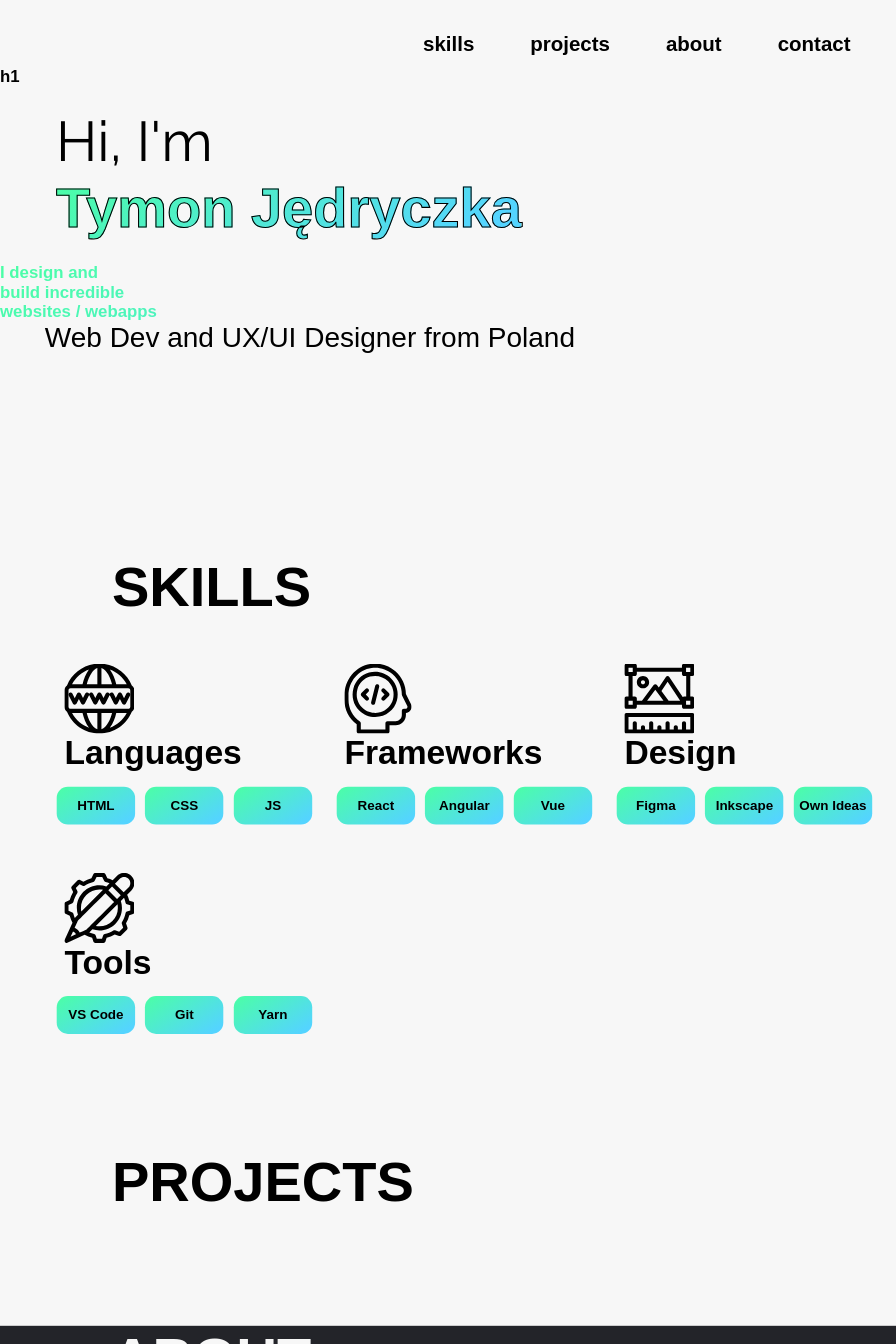
Repository: TeeJaysDev/Portfolio
Page: index.html
An editor plug-in stored every save of this project. The page is shown before and after a run of saves, followed by the edit.
The browser window is 1280 px wide. The pictures show the part of the page from y = 0 to 1920 px (the page is 2955 px tall before and 3141 px after), at 70% of full size.
Some web libraries are served in a nearby version.

Above is the page before, as saved 2021-05-04 14:21:28.

### index.html
<!DOCTYPE html>
<html lang="en">
<head>
    <meta charset="UTF-8">
    <meta http-equiv="X-UA-Compatible" content="IE=edge">
    <meta name="viewport" content="width=device-width, initial-scale=1.0">
    <meta name="description" content="Author: Tymon 'TeeJay' Jędryczka, Purpose: It's just a portfolio, Technologies: HTML, CSS">
    <link rel="stylesheet" href="style.css">
    <script src="https://kit.fontawesome.com/97735ba04a.js" crossorigin="anonymous"></script>
    <title>Tymon Jędryczka | Portfolio</title>
</head>
<body>
    <nav>
        <a href="#skills"><h3>skills</h3></a>
        <a href="#projects"><h3>projects</h3></a>
        <a href="#about"><h3>about</h3></a>
        <a href="#contact"><h3>contact</h3></a>
    </nav>
    <header>
        <h2 class="welcome_part_h1">
            h1
        </h2>
        <h1 class="welcome_part">
            Hi, I'm<br>
            <strong>Tymon Jędryczka</strong><br>
        </h1>
        <h2 class="welcome_part_h2">
            I design <strong>and</strong><br>
            build <strong>incredible</strong><br>
            <strong>websites</strong> / <strong>webapps</strong>
        </h2>
        <p class="welcome_part_p">
            Web Dev and UX/UI Designer from Poland
        </p>
    </header>
    <main>
        <h1>
            SKILLS
        </h1>
        <section id="skills">
            <div class="languages">
                <div class="box">
                    <div class="image_h2">
                        <img src="Images/svg/languages.svg" alt="Languages I use all the time">
                        <h2>Languages</h2>
                    </div>
                    <div class="text">
                        <ul>
                            <li>HTML</li>
                            <li>CSS</li>
                            <li>JS</li>
                        </ul>
                    </div>
                </div>
            </div>
            <div class="frameworks">
                <div class="box">
                    <div class="image_h2">
                        <img src="Images/svg/frameworks.svg" alt="Frameworks I often use">
                        <h2>Frameworks</h2>
                    </div>
                    <div class="text">
                        <ul>
                            <li>React</li>
                            <li>Angular</li>
                            <li>Vue</li>
                        </ul>
                    </div>
                </div>
            </div>
            <div class="design">
                <div class="box">
                    <div class="image_h2">
                        <img src="Images/svg/design.svg" alt="Tool I use to create beautiful designs">
                        <h2>Design</h2>
                    </div>
                    <div class="text">
                        <ul>
                            <li>Figma</li>
                            <li>Inkscape</li>
                            <li>Own Ideas</li>
                        </ul>
                    </div>
                </div>
            </div>
            <div class="tools">
                <div class="box">
                    <div class="image_h2">
                        <img src="Images/svg/tools.svg" alt="Other tools I use to improve code performance and designs">
                        <h2>Tools</h2>
                    </div>
                    <div class="text">
                        <ul>
                            <li>VS Code</li>
                            <li>Git</li>
                            <li>Yarn</li>
                        </ul>
                    </div>
                </div>
            </div>
        </section>
        <section id="projects">
            <h1>
                PROJECTS
            </h1>
        </section>
        <section id="about">
            <h1>
                ABOUT
            </h1>
            <h2>
                Who am I?
            </h2>
            <p>
                My name is Tymon 'TeeJay' Jędryczka. I come from Leszno in Poland and programming is either my work and hobby.
                <br><br>
                My first contact with Web- and Front-End Development was in the last class of Primary School. In IT classes we had to make a simple website (text, photos, table - nothing special). And I loved it. I started thinking of becoming a full-time web dev.
                <!-- <br><br> I am also a self-taught dev and with CodeCademy and YouTube I get knowledge of HTML5, CSS3, JS, and its frameworks (React, Angular, Vue). I call myself a 2-in-1 developer 'cause I design things (usually in Figma) and then make them real by writing some code. -->
                <br><br>
                So if you are looking for somebody to hire who is punctual, reliable, has a great deal of knowledge and even though, still want to learn new, useful technologies, my answer is "HERE I AM".
            </p>
        </section>
        <section id="contact">
            <h1>
                CONTACT
            </h1>
        </section>
    </main>
    <footer>
        <h2>2021 &copy; Tymon 'TeeJay' Jędryczka</h2>
        <ul>
            <li><a href="https://facebook.com/tymonjedr/" aria-label="Facebook" target="_blank" rel="noopener"><i class="fab fa-facebook"></i></a></li>
            <li><a href="https://linkedin.com/in/tymon-jedryczka/" aria-label="LinkedIn" target="_blank" rel="noopener"><i class="fab fa-linkedin"></i></a></li>
            <li><a href="https://github.com/TeeJaysDev" aria-label="GitHub" target="_blank" rel="noopener"><i class="fab fa-github"></i></a></li>
            <li><a href="https://stackoverflow.com/users/15029595/teejaysdev" aria-label="StackOverflow" target="_blank" rel="noopener"><i class="fab fa-stack-overflow"></i></a></li>
            <li><a href="https://codecademy.com/profiles/TeeJaysDev" target=”_blank” rel="noopener"><img src="Images/svg/codecademy.svg" alt=""></a></li>
        </ul>
    </footer>
</body>
</html>

### style.css
@import url('https://fonts.googleapis.com/css2?family=Raleway&display=swap');

* {
    margin: 0;
    padding: 0;
    font-family: sans-serif;
    text-decoration: none;
}

body {
    background-color: #F7F7F7;
}

nav {
    display: flex;
    justify-content: flex-end;
}

nav a {
    color: #000000;
    padding: 0.938rem;
    margin-top: 2rem;
    margin-right: 3.125rem;
    font-size: 1.563rem;
}

header h1 strong, .welcome_part_h2 {
    background-image: linear-gradient(147deg, #4bffa5, #54d4ff 90%);
    background-size: 100%;
    background-repeat: repeat;
    background-clip: text;
    -webkit-background-clip: text;
    -webkit-text-fill-color: transparent;
    -moz-background-clip: text;
    -moz-text-fill-color: transparent;
}

header h1 strong {
    -webkit-text-stroke: 1.5px black;
}

header h2

.welcome_part_h1 {
    font-family: monospace;
    font-size: 3.75rem;
    margin-top: 9rem;
    margin-left: 2.5rem;
    margin-bottom: 0rem;
}

.welcome_part {
    margin-top: 2rem;
    margin-left: 5rem;
    margin-bottom: 2rem;
    font-family: Raleway;
    font-weight: lighter;
    font-size: 5rem;
    min-width: 18ch;
}

.welcome_part_p {
    margin-bottom: 18rem;
    margin-left: 4rem;
    font-size: 2.5rem;
}

.box .image_h2 {
    justify-items: center;
}

.image_h2 img {
    width: 100px;
    height: 100px;
}

#skills {
    display: grid;
    justify-content: center;
    grid-template-columns: repeat(auto-fit, 400px);
    margin-left: 4.5rem;
}

main h1 {
    font-size: 5rem;
    margin-left: 10rem;
    margin-top: 10rem;
}

.image_h2 {
    display: flex;
    flex-wrap: wrap;
    margin: 4rem 20rem 1rem 1rem;
    font-size: 2rem;
}

.text {
    display: flex;
    flex-wrap: wrap;
}

.text ul li {
    list-style: none;
    margin: 1rem;
    color: #000000;
    font-weight: bold;
    font-size: 1.2rem;
    text-align: center;
    align-items: center;
    border-radius: 1rem;
    margin: 0.3125rem 0.3125rem;
    display: inline-block;
    width: 7rem;
    background-image: linear-gradient(147deg, #4bffa5, #54d4ff 90%);
    padding-top: 1rem;
    padding-bottom: 1rem;
}

#projects h1 {
    margin-top: 10rem;
}

#about {
    background-color: #232429;
    height: 600px;
    width: 100%;
    color: #F7F7F7;
}

#about h2 {
    margin-left: 5rem;
    margin-top: 7rem;
}

#about p {
    font-size: 1.25rem;
    max-width: 60ch;
    margin-left: 8rem;
    margin-bottom: 5rem;
    margin-top: 2rem;
}

footer, footer h2 {
    color: #C5C4C6;
    background-color: #232429;
    font-family: Arial, Helvetica, sans-serif;
    font-size: 0.938rem;
    font-weight: lighter;
    text-align: center;
    z-index: -1;
    padding-top: 1.875rem;
    padding-bottom: 3.125rem;
}

footer ul li{
    margin-right: 1.5rem;
    display: inline;
}

footer .fab {
    color: #50E8D5;
    font-size: 2rem;
}

footer img{
    width: 2.2rem;
}

body .error {
    text-align: center;
}

.error p {
    font-family: Quicksand;
    font-weight: 700;
    color: #000000;
    font-size: 20rem;
    margin-top: 5rem;
}

.error button a {
    text-decoration: none;
    text-align: center;
    color: #000000;
    font-size: 2rem;
    padding: 3rem;
}

.error .mainError {
    display: flex;
    text-align: center;
    margin-left: 40rem;
    margin-right: auto;
}

.error img {
    width: 250px;
}

.error button {
    margin-top: 10rem;
}
/* Smartphone (portrait) --- */

@media only screen
and (max-width: 767px) {

    nav {
        display: flex;
        justify-content: flex-end;
        margin-right: 1rem;
        margin-top: 0rem;
    }

    nav a {
        padding: 0.938rem;
        margin-top: 2rem;
        margin-right: -1rem;
        font-size: 1rem;
    }

    .welcome_part_h1 {
        font-family: monospace;
        font-size: 1.875rem;
        margin-top: 9rem;
        margin-left: 1rem;
    }

    .welcome_part {
        margin-top: 1rem;
        margin-left: 2rem;
        margin-bottom: 2rem;
        font-size: 2.5rem;
        min-width: 18ch;
    }

    .welcome_part_p {
        margin-bottom: 10rem;
        margin-left: 2rem;
        font-size: 1.25rem;
    }

    main h1 {
        margin-left: 3rem;
        font-size: 4rem;
    }

    #about p {
        font-size: 1.25rem;
        max-width: 35ch;
        margin-left: 2rem;
        margin-bottom: 5rem;
    }

    #about h2 {
        margin-left: 2rem;
        margin-top: 5rem;
    }

    footer, footer h4 {
        padding-top: 1.875rem;
        padding-bottom: 3.125rem;
        width: 100%;
    }

    footer li{
        display: inline;
    }
}



@media only screen
and (min-width: 768px)
and (max-width: 1024px)
and (orientation: portrait) {

    * {
        margin: 0;
        padding: 0;
        font-family: sans-serif;
        text-decoration: none;
    }

    body {
        background-color: #F7F7F7;
    }

    nav {
        display: flex;
        justify-content: flex-end;
        margin-right: 0rem;
        margin-top: 0rem;
    }

    nav a {
        color: #000000;
        padding: 0.938rem;
        margin-top: 2rem;
        margin-right: 3.125rem;
        font-size: 1.563rem;
    }

    .welcome_part_h1 {
        font-family: monospace;
        font-size: 3.75rem;
        margin-top: 13rem;
        margin-left: 2.5rem;
        margin-bottom: 0rem;
    }

    .welcome_part {
        margin-top: 2rem;
        margin-left: 5rem;
        margin-bottom: 2rem;
        font-family: Raleway;
        font-weight: lighter;
        font-size: 3.9rem;
        min-width: 18ch;
    }

    .welcome_part_p {
        margin-bottom: 20rem;
        margin-left: 4rem;
    }

    #about p {
        font-size: 1.25rem;
        max-width: 45ch;
        margin-left: 8rem;
        margin-bottom: 5rem;
    }

    #about h2 {
        margin-left: 5rem;
        margin-top: 5rem;
    }

    #projects h1 {
        width: 15%;
        margin-top: 3rem;
    }

    #about h1 {
        width: 15%;
    }

    #contact h1 {
        width: 17%;
    }

    footer, footer h4 {
        color: #C5C4C6;
        background-color: #232429;
        font-family: Arial, Helvetica, sans-serif;
        font-size: 0.938rem;
        font-weight: lighter;
        text-align: center;
        z-index: -1;
        width: 100%;
        padding-top: 1.875rem;
        padding-bottom: 3.125rem;
    }

    body .error {
        text-align: center;
    }

    .error p {
        font-family: Quicksand;
        font-weight: 700;
        color: #000000;
        font-size: 20rem;
        margin-top: 5rem;
    }

    .error button a {
        text-decoration: none;
        text-align: center;
        color: #000000;
        font-size: 2rem;
        padding: 3rem;
    }

    .error .mainError {
        display: flex;
        text-align: center;
        margin-left: 40rem;
        margin-right: auto;
    }

    .error img {
        width: 250px;
    }

    .error button {
        margin-top: 10rem;
    }
}

@media only screen
and (min-width: 953)
and (max-width: 1230) {
     p {
        margin-left: 1rem;
    }
}

@media only screen
and (min-width: 550px)
and (max-width: 700px) {
    .welcome_part_h1 {
        font-family: monospace;
        font-size: 3.75rem;
        margin-top: 13rem;
        margin-left: 2.5rem;
        margin-bottom: 0rem;
    }

    .welcome_part {
        margin-top: 2rem;
        margin-left: 5rem;
        margin-bottom: 2rem;
        font-size: 2.6rem;
    }

    .welcome_part_p {
        margin-bottom: 20rem;
        margin-left: 4rem;
    }
}

@media only screen
and (min-width: 1920px) {
    .welcome_part_h1 {
        font-family: monospace;
        font-size: 3.75rem;
        margin-top: 13rem;
        margin-left: 2.5rem;
        margin-bottom: 0rem;
    }

    .welcome_part {
        margin-top: 2rem;
        margin-left: 5rem;
        margin-bottom: 2rem;
        font-size: 5rem;
    }

    .welcome_part_p {
        margin-bottom: 20rem;
        margin-left: 4rem;
        font-size: 2.5rem;
    }
}

@media only screen
and (max-width: 950) {

}

After the next 2 saves:
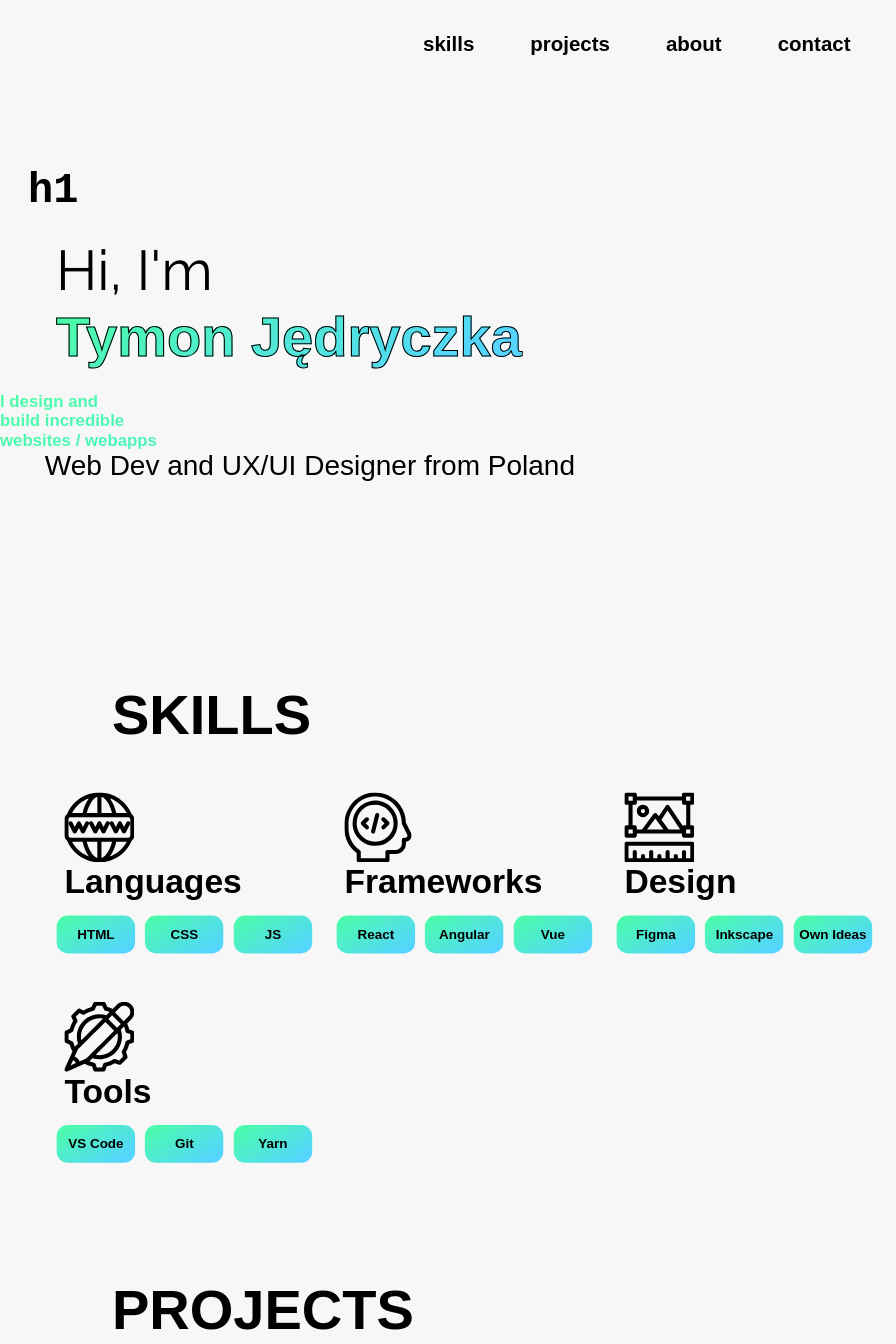
The 2 saves are shown as one change because they came seconds apart.
The last was saved 10 s later.
--- a/style.css
+++ b/style.css
@@ -38,8 +38,6 @@ header h1 strong, .welcome_part_h2 {
 header h1 strong {
     -webkit-text-stroke: 1.5px black;
 }
-
-header h2
 
 .welcome_part_h1 {
     font-family: monospace;
